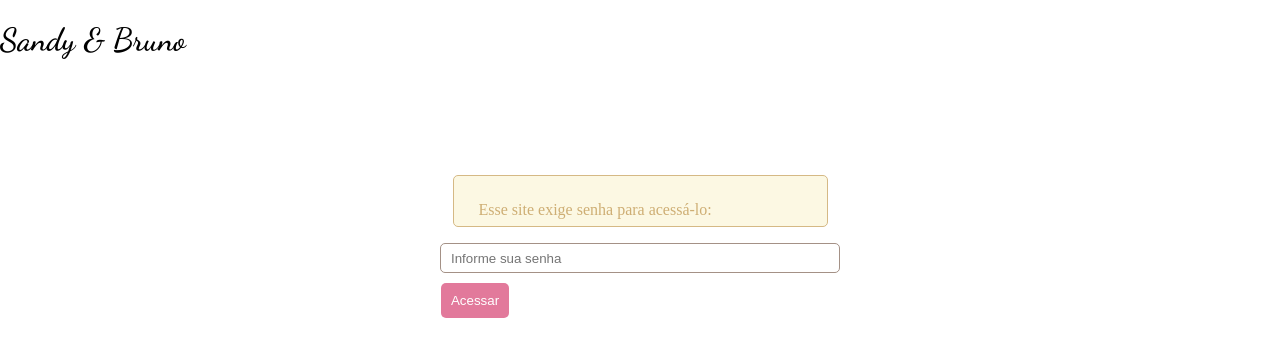
Repository: FerrazNathan/projetoBruno
Page: /login (app in projeto-bruno/)
The author's editor kept a copy of each file at every save. The page is drawn from the files as they stood at one save, then again after the next save.
The browser window is 1280 px wide. The pictures show the whole page.
Some web fonts or font styles are not loaded; a fallback is used. The project was rebuilt for these pictures with package versions that can differ from the ones it lists, and the page was loaded fresh each time. The framework's server and built-in components were replaced by stand-ins that run in the browser. Also part of the build but not shown: projeto-bruno/next.config.js.

Above is the page before, as saved 2022-03-16 12:29:26.

### projeto-bruno/pages/_document.js
import Document, { Head, Main, NextScript } from 'next/document';
// Import styled components ServerStyleSheet
import { ServerStyleSheet } from 'styled-components';

export default class MyDocument extends Document {
  static getInitialProps({ renderPage }) {
    // Step 1: Create an instance of ServerStyleSheet
    const sheet = new ServerStyleSheet();

    // Step 2: Retrieve styles from components in the page
    const page = renderPage((App) => (props) =>
      sheet.collectStyles(<App {...props} />),
    );

    // Step 3: Extract the styles as <style> tags
    const styleTags = sheet.getStyleElement();

    // Step 4: Pass styleTags as a prop
    return { ...page, styleTags };
  }

  render() {
    return (
      <html>
        <Head>
          {/* Step 5: Output the styles in the head  */}
          {this.props.styleTags}
          <link rel="preconnect" href="https://fonts.googleapis.com" />
          <link rel="preconnect" href="https://fonts.gstatic.com" crossorigin />
          <link href="https: //fonts.googleapis.com/css2? family= Dancing+Script:wght@600 & display=swap" rel="stylesheet" />
        </Head>
        <body>
          <Main />
          <NextScript />
        </body>
      </html>
    );
  }
}

### projeto-bruno/pages/login.js
import React from 'react'
import Head from 'next/head'
import Form from '../components/Login'
import * as S from '../styles/styleLogin'


export default function Login() {
  return (
    <>
    <Head>
    <title>Projeto Bruno</title>

  </Head>
    <S.Content>
      <S.Box>
        <S.Title>Sandy & Bruno</S.Title>
      </S.Box>
      <Form />
    </S.Content>
    </>
  )
}

### projeto-bruno/styles/globals.css
@import url('https://fonts.googleapis.com/css2? family= Dancing+Script:wght@600 & display=swap');
@import url('https://fonts.googleapis.com/css2? family= Dancing+Script:wght@600 & family= Source+Serif+Pro:wght@200;400 & display=swap');

html,
body {
  padding: 0;
  margin: 0;
  font-family: 'Source Serif Pro', serif;
}

a {
  color: inherit;
  text-decoration: none;
}

* {
  box-sizing: border-box;
}

### projeto-bruno/components/Login/index.js
import React, { useState } from 'react'
import { useRouter } from 'next/router'
import * as S from './styles'

export default function Form() {

  const [password, setPassword] = useState('')
  const acesso = '9876543210'
  const redirect = useRouter()

  const submit = (event) => {
    event.preventDefault()

    if (password === acesso) {
      localStorage.setItem('logged', 'isLogged')
      redirect.push('/')
    }
  }

  return (
    <S.Container onSubmit={submit}>
      <S.Title>Esse site exige senha para acessá-lo:</S.Title>
      <S.Input
        type="password"
        placeholder="Informe sua senha"
        value={password}
        onChange={(event) => setPassword(event.target.value)}
      />
      <S.Button type='submit'>Acessar</S.Button>
    </S.Container>
  )
}

### projeto-bruno/styles/styleLogin.js
import styled from 'styled-components'

export const Content = styled.body`
  /* background-image: url(/src/assets/indice.jpeg); */
`

export const Box = styled.div`

`

export const Title = styled.h1`
  font-family: 'Dancing Script', cursiva;
`

### projeto-bruno/components/Login/styles.js
import styled from 'styled-components';

export const Container = styled.form`
  max-width: 1200px;
  width: 100%;
  margin: 100px auto;
  display: flex;
  align-items: center;
  justify-content: center;
  flex-direction: column;
`

export const Title = styled.p`
  color: #ceae74;
  background-color: #fcf8e3;
  width: 375px;
  height: 25px;
  border-radius: 5px;
  padding: 25px;
  border: 1px solid #d5b985;
  font-weight: 500;
`

export const Input = styled.input`
  width: 400px;
  height: 30px;
  border-radius: 5px;
  border: 1px solid #a49186;
  margin-bottom: 10px;
  outline: 0;
  padding: 10px;
  cursor: pointer;
  &:focus{
    background-color: #e8f0fe;
  }
`

export const Button = styled.button`
  background-color: #e2799b;
  color: #FFF;
  border-radius: 5px;
  border: none;
  padding: 10px;
  margin-right: 330px;
  cursor: pointer;
`

Loaded but not shown: projeto-bruno/pages/_app.js (common file)

After the next save:
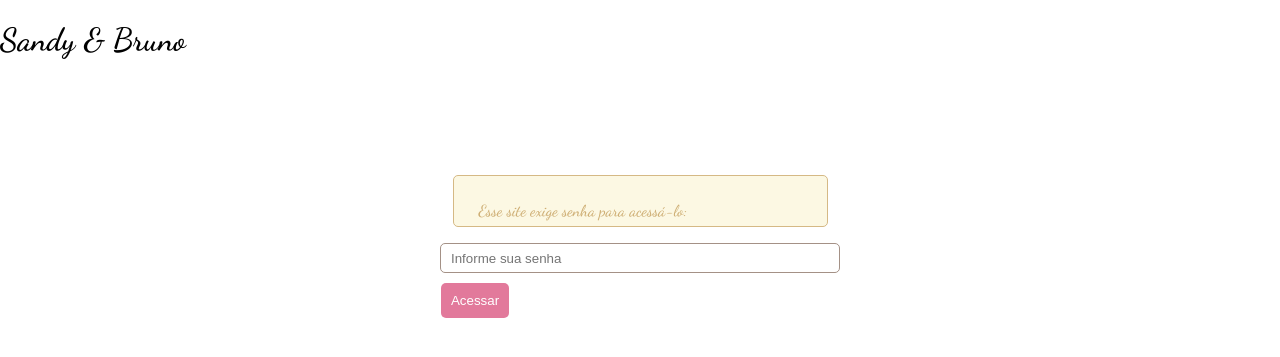
Saved 2 min 39 s later.
--- a/projeto-bruno/styles/globals.css
+++ b/projeto-bruno/styles/globals.css
@@ -1,11 +1,10 @@
-@import url('https://fonts.googleapis.com/css2? family= Dancing+Script:wght@600 & display=swap');
-@import url('https://fonts.googleapis.com/css2? family= Dancing+Script:wght@600 & family= Source+Serif+Pro:wght@200;400 & display=swap');
+@import url('https://fonts.googleapis.com/css2?family=Dancing+Script:wght@400;500;600&family=Source+Serif+Pro:wght@200;400&display=swap');
 
 html,
 body {
   padding: 0;
   margin: 0;
-  font-family: 'Source Serif Pro', serif;
+  font-family: 'Dancing Script', cursive;
 }
 
 a {

After the save that followed:
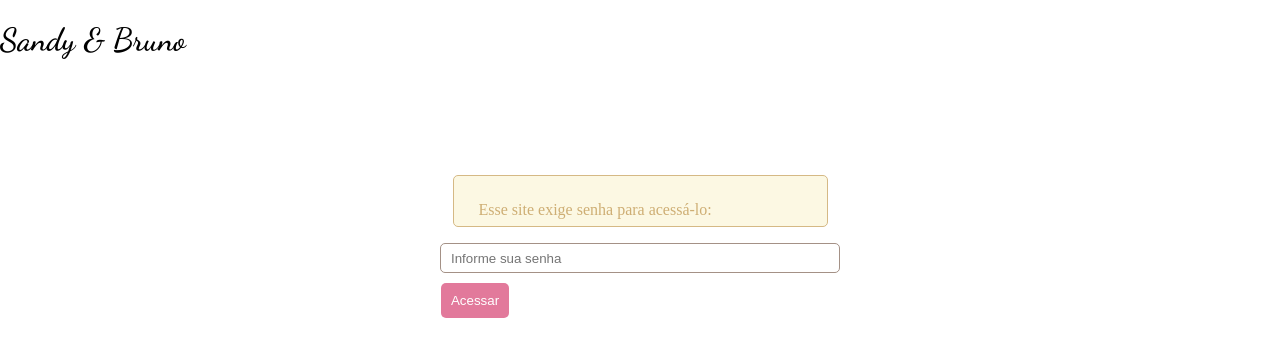
Saved 16 s later.
--- a/projeto-bruno/styles/globals.css
+++ b/projeto-bruno/styles/globals.css
@@ -4,7 +4,6 @@
 body {
   padding: 0;
   margin: 0;
-  font-family: 'Dancing Script', cursive;
 }
 
 a {
